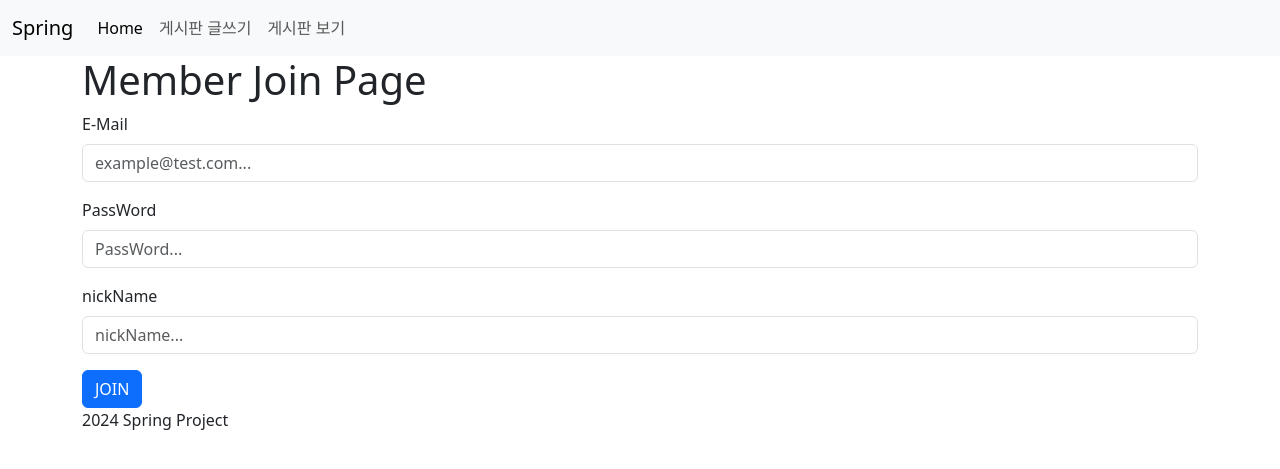
Repository: havanara/240423_SPRING_Project
Page: http://localhost/spring_test2/WEB-INF/views/user/register.jsp
The author's editor kept a copy of each file at every save. The page is drawn from the files as they stood at one save, then again after the next save.
The browser window is 1280 px wide. The pictures show the whole page.
The page is served by Tomcat 9. Nobody is signed in. Other server files are loaded and not shown. The template is opened directly, without the code that normally fills it, so the values that code supplies are empty.

Above is the page before, as saved 2024-05-07 08:37:08.

### spring_test2/src/main/webapp/WEB-INF/views/user/register.jsp
<%@ page language="java" contentType="text/html; charset=UTF-8"
    pageEncoding="UTF-8"%>

<jsp:include page="../layout/header.jsp" />

<div class="container-md">
<h1>Member Join Page</h1>
<form action="/member/register" method="post">

	<div class="mb-3">
	  <label for="e" class="form-label">E-Mail</label>
	  <input type="email" class="form-control" name="email" id="e" placeholder="example@test.com...">
	</div>
	<div class="mb-3">
	  <label for="p" class="form-label">PassWord</label>
	  <input type="password" class="form-control" name="pw" id="p" placeholder="PassWord...">
	</div>
	<div class="mb-3">
	  <label for="n" class="form-label">nickName</label>
	  <input type="text" class="form-control" name="name" id="n" placeholder="nickName...">
	</div>

	<button type="submit" class="btn btn-primary">JOIN</button>
</form>

</div>

<jsp:include page="../layout/footer.jsp" />

### spring_test2/src/main/webapp/WEB-INF/views/layout/header.jsp
<%@ page language="java" contentType="text/html; charset=UTF-8"
    pageEncoding="UTF-8"%>
    <%@ taglib uri="http://java.sun.com/jsp/jstl/core" prefix="c" %>
<!DOCTYPE html>
<html>
<head>
<meta charset="UTF-8">
<title>header.jsp</title>
<link href="/re/css/bootstrap.min.css" rel="stylesheet" integrity="sha384-QWTKZyjpPEjISv5WaRU9OFeRpok6YctnYmDr5pNlyT2bRjXh0JMhjY6hW+ALEwIH" crossorigin="anonymous">
<script src="/re/js/bootstrap.bundle.min.js" integrity="sha384-YvpcrYf0tY3lHB60NNkmXc5s9fDVZLESaAA55NDzOxhy9GkcIdslK1eN7N6jIeHz" crossorigin="anonymous"></script>
</head>
<body>
<nav class="navbar navbar-expand-lg bg-body-tertiary">
  <div class="container-fluid">
    <a class="navbar-brand" href="#">Spring</a>
    <button class="navbar-toggler" type="button" data-bs-toggle="collapse" data-bs-target="#navbarSupportedContent" aria-controls="navbarSupportedContent" aria-expanded="false" aria-label="Toggle navigation">
      <span class="navbar-toggler-icon"></span>
    </button>
    <div class="collapse navbar-collapse" id="navbarSupportedContent">
      <ul class="navbar-nav me-auto mb-2 mb-lg-0">
        <li class="nav-item">
          <a class="nav-link active" aria-current="page" href="/">Home</a>
        </li>
        <li class="nav-item">
          <a class="nav-link" href="/board/register">게시판 글쓰기</a>
        </li>
        <li class="nav-item">
          <a class="nav-link" href="/board/list">게시판 보기</a>
        </li>
<%--         <li class="nav-item">
          <a class="nav-link" href="/member/register">회원가입</a>
        </li>

        <c:if test="${ses.id eq null }">
        <li class="nav-item">
          <a class="nav-link" href="/member/login">로그인</a>
        </li>
        </c:if>

        <c:if test="${ses.id ne null }">
        <li class="nav-item">
          <a class="nav-link" href="/member/logout">로그아웃</a>
        </li>

        <li class="nav-item">
          <a class="nav-link" href="/member/modify">${ses.id }(${ses.email })님 환영합니다!</a>
        </li>
        </c:if> --%>

      </ul>
    </div>
  </div>
</nav>

### spring_test2/src/main/webapp/WEB-INF/views/layout/footer.jsp
<%@ page language="java" contentType="text/html; charset=UTF-8"
    pageEncoding="UTF-8"%>
<!DOCTYPE html>

<div class="container-md">
	2024 Spring Project
</div>

</body>
</html>

Loaded but not shown: spring_test2/src/main/webapp/resources/css/bootstrap.min.css (library); spring_test2/src/main/webapp/resources/js/bootstrap.bundle.min.js (library)

After the next save:
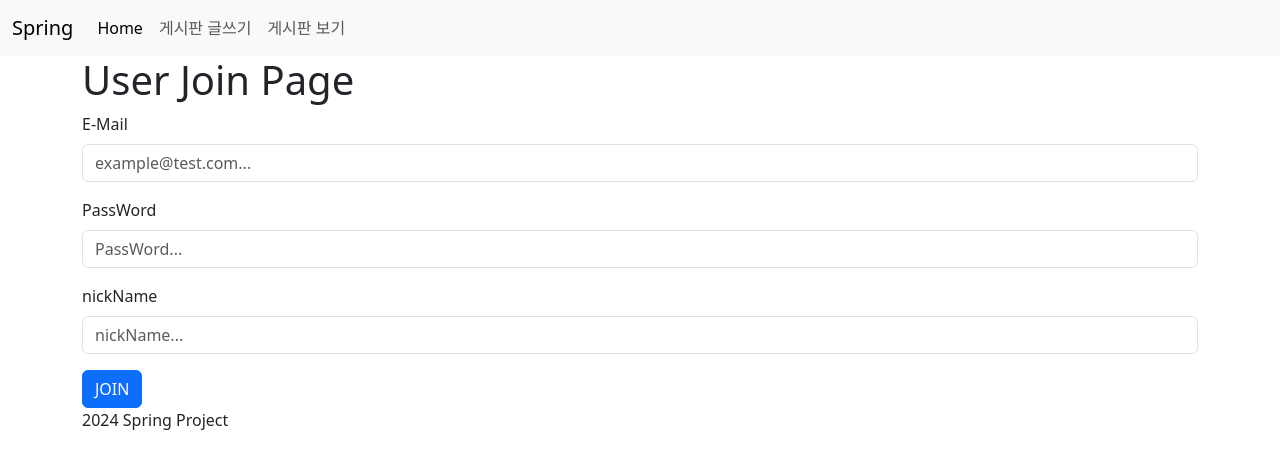
Saved 17 s later.
--- a/spring_test2/src/main/webapp/WEB-INF/views/user/register.jsp
+++ b/spring_test2/src/main/webapp/WEB-INF/views/user/register.jsp
@@ -4,8 +4,8 @@
 <jsp:include page="../layout/header.jsp" />
 
 <div class="container-md">
-<h1>Member Join Page</h1>
-<form action="/member/register" method="post">
+<h1>User Join Page</h1>
+<form action="/user/register" method="post">
 
 	<div class="mb-3">
 	  <label for="e" class="form-label">E-Mail</label>
